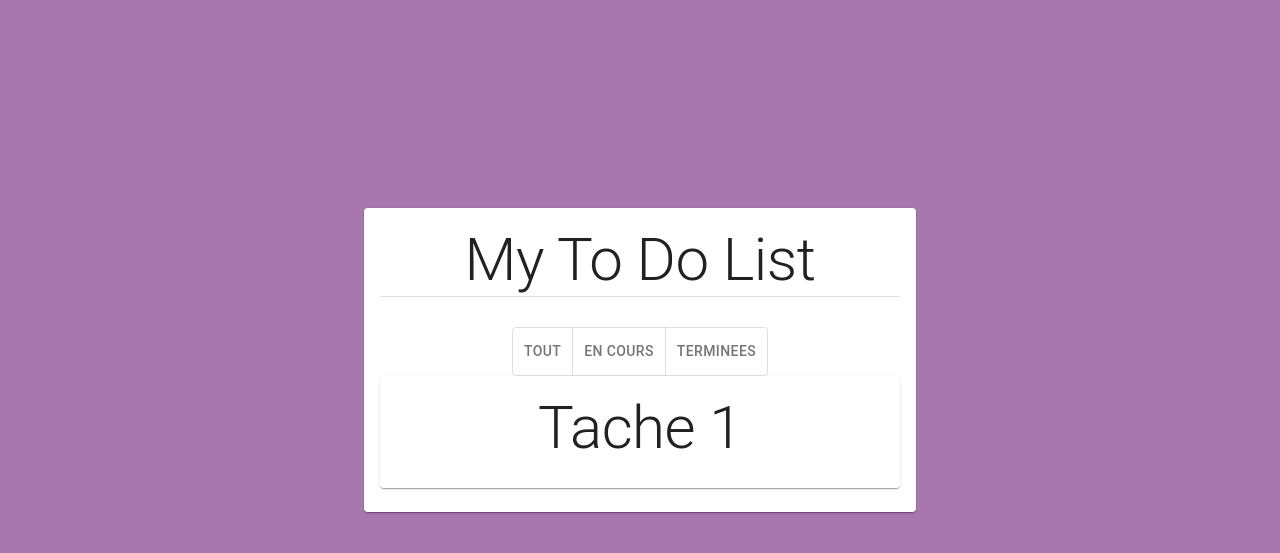
Repository: Fathiyasmine/Todo-list-project
Page: /
The author's editor kept a copy of each file at every save. The page is drawn from the files as they stood at one save, then again after the next save.
The browser window is 1280 px wide. The pictures show the whole page.
The project was rebuilt for these pictures with package versions that can differ from the ones it lists, and the page was loaded fresh each time.

Above is the page before, as saved 2025-12-07 17:04:43.

After the next save:
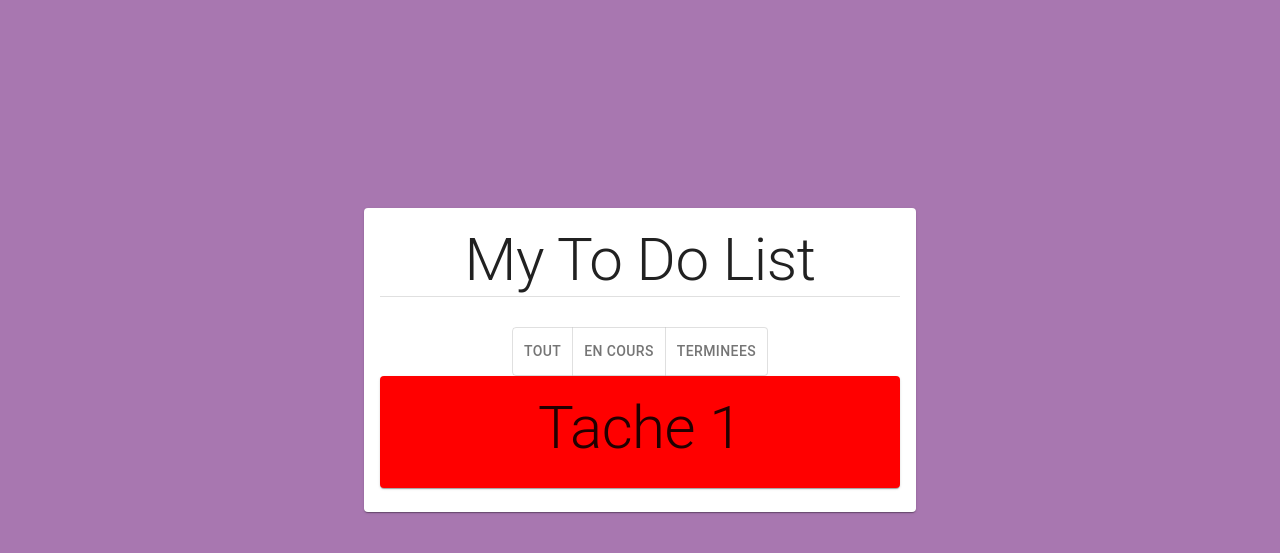
Saved 91 s later.
--- a/src/components/Todo.js
+++ b/src/components/Todo.js
@@ -5,7 +5,7 @@ import Typography from "@mui/material/Typography";
 export default function Todo() {
   return (
     <>
-      <Card>
+      <Card style={{ background: "red" }}>
         <CardContent>
           <Typography variant="h2">Tache 1</Typography>
         </CardContent>
